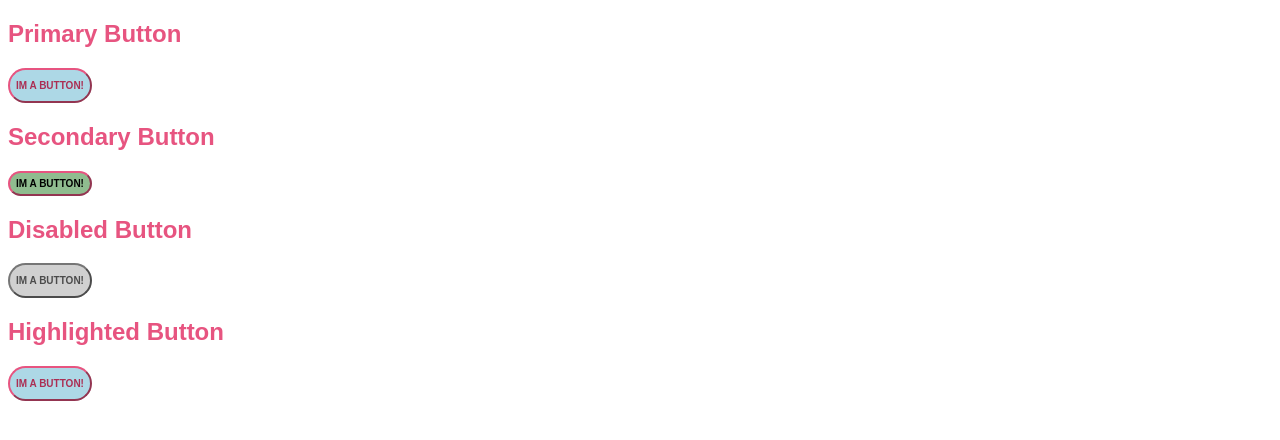
Repository: Jvien2/3126-repo
Page: index.html
The author's editor kept a copy of each file at every save. The page is drawn from the files as they stood at one save, then again after the next save.
The browser window is 1280 px wide. The pictures show the whole page.

Above is the page before, as saved 2026-10-01 01:21:27.
Not found: code.js

After the next save:
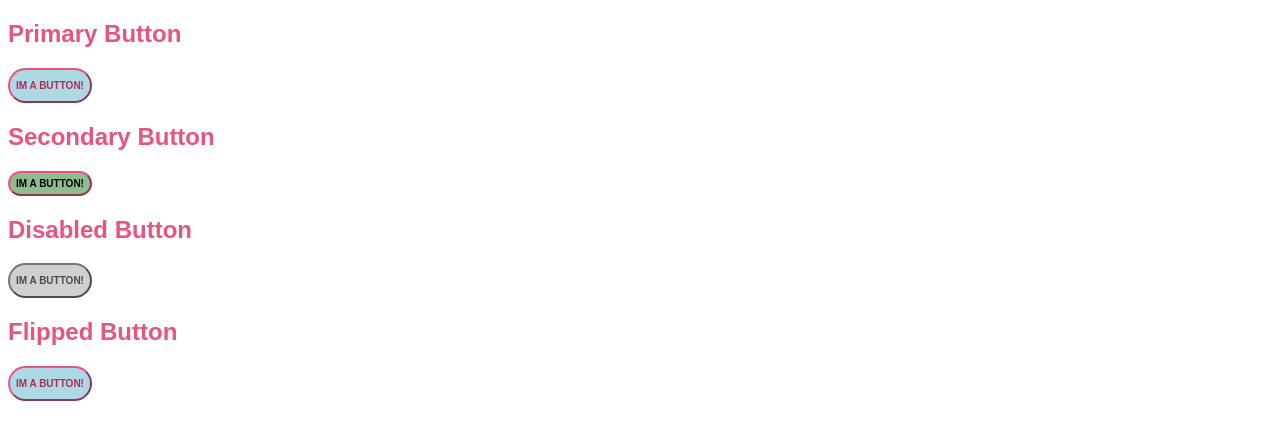
Saved 2 min 41 s later.
--- a/index.html
+++ b/index.html
@@ -24,9 +24,9 @@
     <h2>Disabled Button</h2>
          <button class="btn btn-primary btn-disabled">IM A BUTTON!</button>
 
-    <!-- highlighted -->
-    <h2>Highlighted Button</h2>
-         <button class="btn btn-primary btn-highlight">IM A BUTTON!</button>
+    <!-- flipped -->
+    <h2>Flipped Button</h2>
+         <button class="btn btn-primary btn-flipped">IM A BUTTON!</button>
 
 </body>
 </html>
